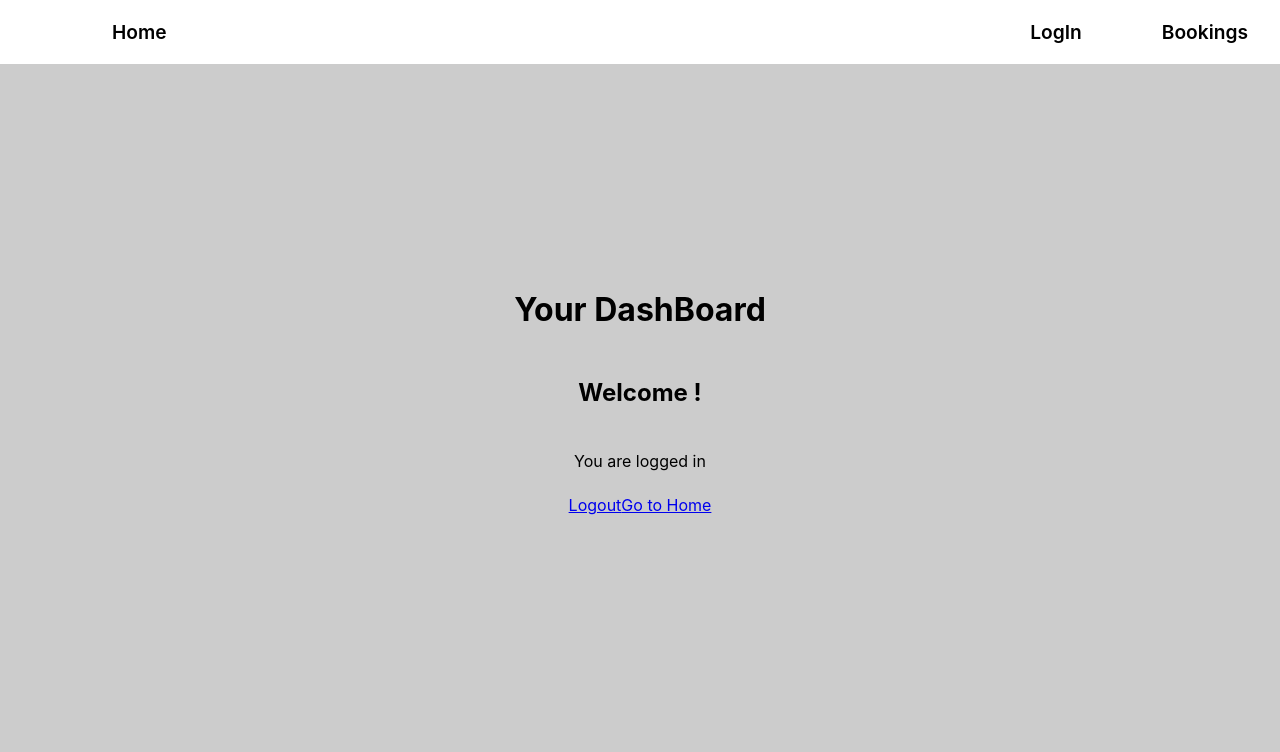
Repository: MikkyPrestige/fake-user-authentication
Page: /user
The author's editor kept a copy of each file at every save. The page is drawn from the files as they stood at one save, then again after the next save.
The browser window is 1280 px wide. The pictures show the whole page.
The project was rebuilt for these pictures with package versions that can differ from the ones it lists, and the page was loaded fresh each time. Also part of the build but not shown: src/assets/styles/home.css, src/components/home.jsx, src/assets/styles/booking.css, src/components/booking.jsx, src/components/fallBack.jsx, src/assets/styles/error.css, src/components/error.jsx, src/assets/styles/login.css and 4 more.

Above is the page before, as saved 2022-11-24 18:58:47.

### src/index.css
body {
  margin: 0;
  font-family: -apple-system, BlinkMacSystemFont, 'Segoe UI', 'Roboto', 'Oxygen',
    'Ubuntu', 'Cantarell', 'Fira Sans', 'Droid Sans', 'Helvetica Neue',
    sans-serif;
  -webkit-font-smoothing: antialiased;
  -moz-osx-font-smoothing: grayscale;
  /* background-image: url(./assets/img/pattern_blue-1.jpg);
  background-repeat: no-repeat;
  background-size: cover;
  background-position: center;
  background-attachment: fixed; */
}

code {
  font-family: source-code-pro, Menlo, Monaco, Consolas, 'Courier New',
    monospace;
}

### src/App.jsx
import React from "react";
import { ErrorBoundary } from "react-error-boundary";
import { Route, Routes } from "react-router-dom";
import { Home, Navigation, Booking, FallBack, Error } from "./components";
import { Login, User, Logout, SignUp } from "./profile";
import RequireAuth from "./profile/context/require";
import { AuthProvider } from "./profile/context/auth";

function App() {
  return (
    <div className="App">
      <ErrorBoundary FallbackComponent={FallBack}>
        <Navigation />
        <AuthProvider>
          <Routes>
            <Route path="/" element={<Home />} />
            <Route path="/login">
              <Route index element={<Login />} />
            </Route>
            <Route
              path="/user"
              element={
                <RequireAuth>
                  <User />
                </RequireAuth>
              }
            />
            <Route path="/logout" element={<Logout />} />
            <Route path="/signUp" element={<SignUp />} />
            <Route path="/booking" element={<Booking />} />
            <Route path="*" element={<Error />} />
          </Routes>
        </AuthProvider>
      </ErrorBoundary>
    </div>
  );
}

export default App;

### src/components/index.js
export { default as Navigation } from "./navigation";
export { default as Home } from "./home";
export { default as Booking } from "./booking";
export { default as FallBack } from "./fallBack";
export { default as Error } from "./error";

### src/profile/index.js
export { default as Login } from "./login";
export { default as Logout } from "./logout";
export { default as SignUp } from "./signUp";
export { default as User } from "./user";

### src/profile/context/auth.jsx
// USER AUTHENTICATION CONTEXT
// This context is used to store the user authentication data and provide it to the rest of the application

import React, { createContext, useState, useContext } from "react";

// Create the context
const AuthContext = createContext({
  user: {
    userName: "",
    email: "",
    password: "",
    confirmPassword: "",
  },
});

// Create the provider
const AuthProvider = ({ children }) => {
  // Create the state
  const [user, setUser] = useState({
    userName: "",
    email: "",
    password: "",
    confirmPassword: "",
  });

  // Login the user
  const login = (userName, password) => {
    setUser({
      userName,
      password,
    });
  };

  // Sign up the user
  const signUp = (userName, password, email) => {
    setUser({
      userName,
      password,
      email,
    });
  };

  // Logout the user
  const logout = () => {
    setUser({
      userName: "",
      email: "",
      password: "",
      confirmPassword: "",
    });
  };

  // Return the provider
  return (
    <AuthContext.Provider value={{ user, login, signUp, logout }}>
      {children}
    </AuthContext.Provider>
  );
};

// Create the hook
const useAuth = () => useContext(AuthContext);

// Export the provider and the hook
export { AuthProvider, useAuth };

### src/components/navigation.jsx
// NAVIGATION COMPONENT

import React from "react";
import { NavLink } from "react-router-dom";
import "../assets/styles/navigation.css";

const Navigation = () => {
  return (
    <div className="navigation">
      <nav className="navigation__links">
        <div className="navigation--link">
          <NavLink
            style={({ isActive }) =>
              isActive ? { color: "red" } : { color: "black" }
            }
            to="/"
            className="navigation__link--item"
          >
            Home
          </NavLink>
        </div>
        <div className="navigation__link--wrapper">
          <NavLink
            style={({ isActive }) =>
              isActive ? { color: "red" } : { color: "black" }
            }
            to="/login"
            className="navigation__link--item"
          >
             LogIn
          </NavLink>
          <NavLink
            style={({ isActive }) =>
              isActive ? { color: "red" } : { color: "black" }
            }
            to="/booking"
            className="navigation__link--item"
          >
            Bookings
          </NavLink>
        </div>
      </nav>
    </div>
  );
};

export default Navigation;

### src/profile/logout.jsx
// LOGOUT COMPONENT:
// This component is for the logout page in the app

import { useEffect } from "react";
import { useNavigate } from "react-router-dom";
import { useAuth } from "./context/auth";

const Logout = () => {
  const auth = useAuth();
  const navigate = useNavigate();

  useEffect(() => {
    auth.logout();
    navigate("/login");
  });

  return null;
};

export default Logout;

### src/profile/user.jsx
// USER COMPONENT:
// This component is for the user profile in the app
// extract out a custom hook to get the currently logged-in user.

import React from "react";
import { Link } from "react-router-dom";
import { useAuth } from "./context/auth";
import "../assets/styles/user.css";

const User = () => {
  const auth = useAuth();

  return (
    <div className="user">
      <h1 className="user__title">Your DashBoard</h1>
      <h2 className="user__heading">Welcome {auth.user.userName}!</h2>
      <p className="user__text">You are logged in {auth.user.email}</p>
      <div className="user__links">
        <Link to="/logout" className="user__link">
          Logout
        </Link>
        <Link to="/" className="user__back--link">
          Go to Home
        </Link>
      </div>
    </div>
  );
};

export default User;

### src/assets/styles/navigation.css
.navigation {
  background-color: #fff;
  height: 4rem;
  position: fixed;
  top: 0;
  width: 100%;
  z-index: 100;
}

.navigation__links {
  display: flex;
  justify-content: space-between;
  align-items: center;
  height: 100%;
  padding: 0 2rem;
}

.navigation__link--item {
  font-size: 1.2rem;
  font-weight: 600;
  text-decoration: none;
}

.navigation--link {
  margin-left: 5rem;
}

.navigation__link--wrapper {
  display: flex;
  align-items: center;
  gap: 5rem;
}

### src/assets/styles/user.css
.user {
  margin-top: 2rem;
  display: flex;
  flex-direction: column;
  justify-content: center;
  align-items: center;
  gap: .5rem;
  height: 100vh;
  background-color: #ccc;
}

Loaded but not shown: public/index.html (common file); src/index.js (common file)

After the next save:
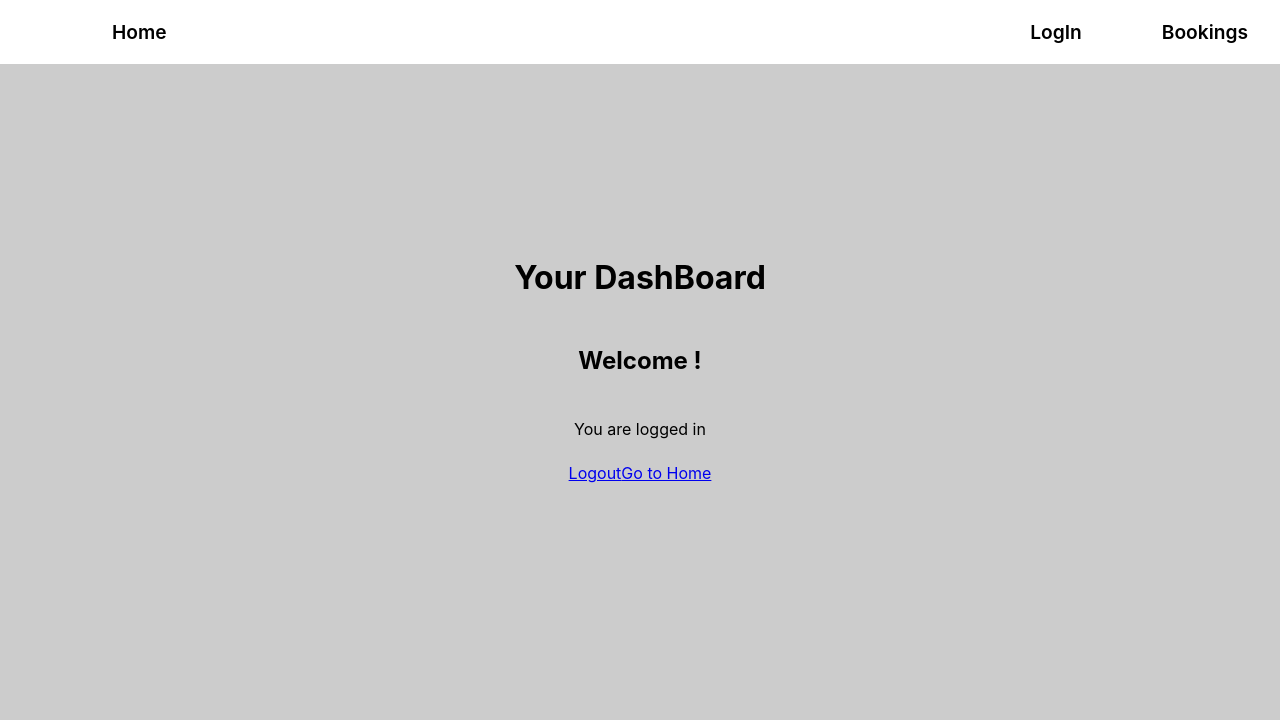
Saved 7 s later.
--- a/src/assets/styles/user.css
+++ b/src/assets/styles/user.css
@@ -1,5 +1,4 @@
 .user {
-  margin-top: 2rem;
   display: flex;
   flex-direction: column;
   justify-content: center;
